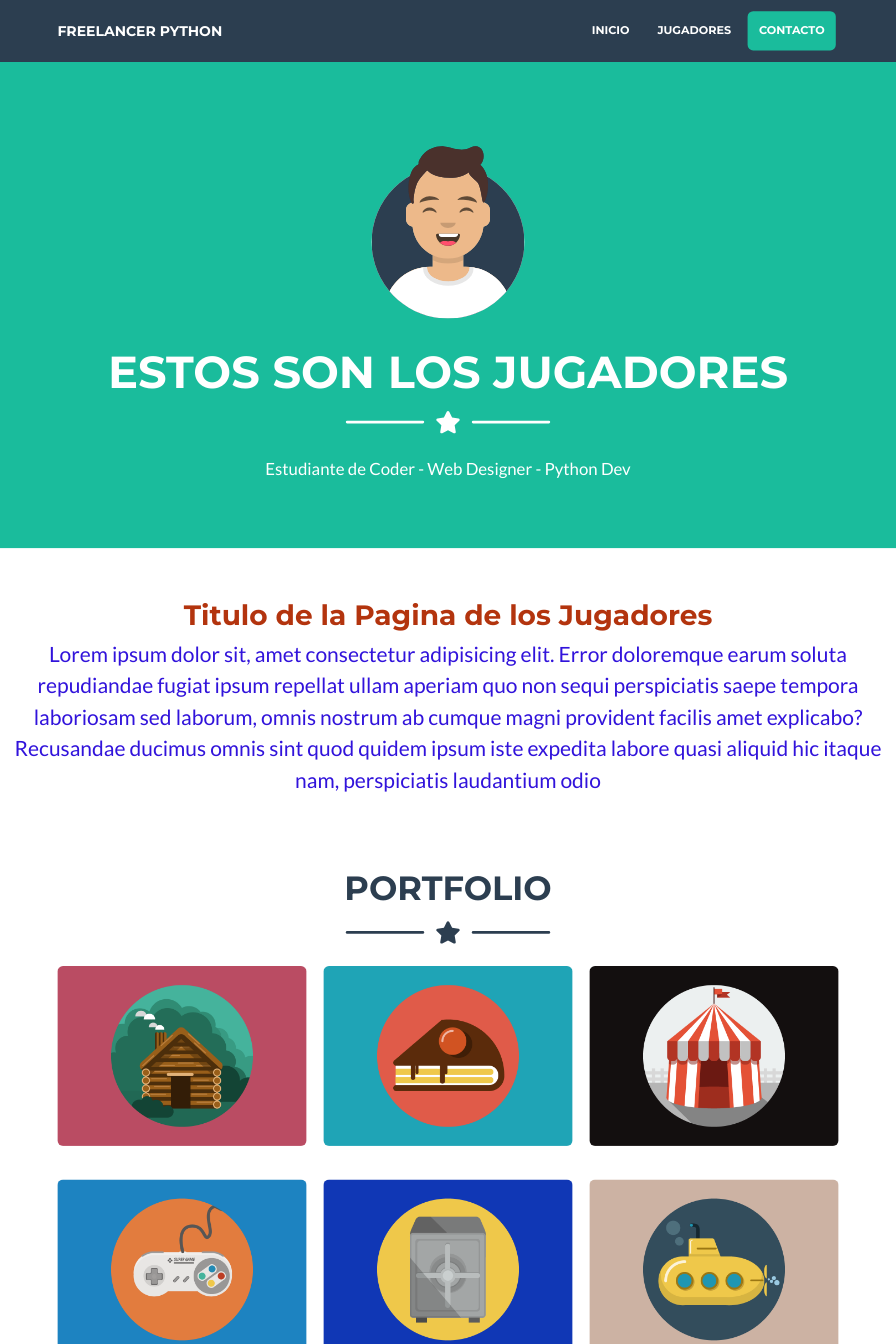
Repository: gadiazsaavedra/Familiares
Page: ProyectoFamiliar/AppFamiliar/templates/AppFamiliar/conyuge.html
These files come from the project's save history. The page is drawn as it stood at one moment and after the next save; the edit follows.
The browser window is 1280 px wide. The pictures show the part of the page from y = 0 to 1920 px (the page is 4291 px tall before and 4347 px after), at 70% of full size.
The template is drawn by Django 3.2. The application's start-up code is not run. The template is opened directly, without the code that normally fills it, so the values that code supplies are empty.

Above is the page before, as saved 2021-12-11 00:13:17.

After the next save:
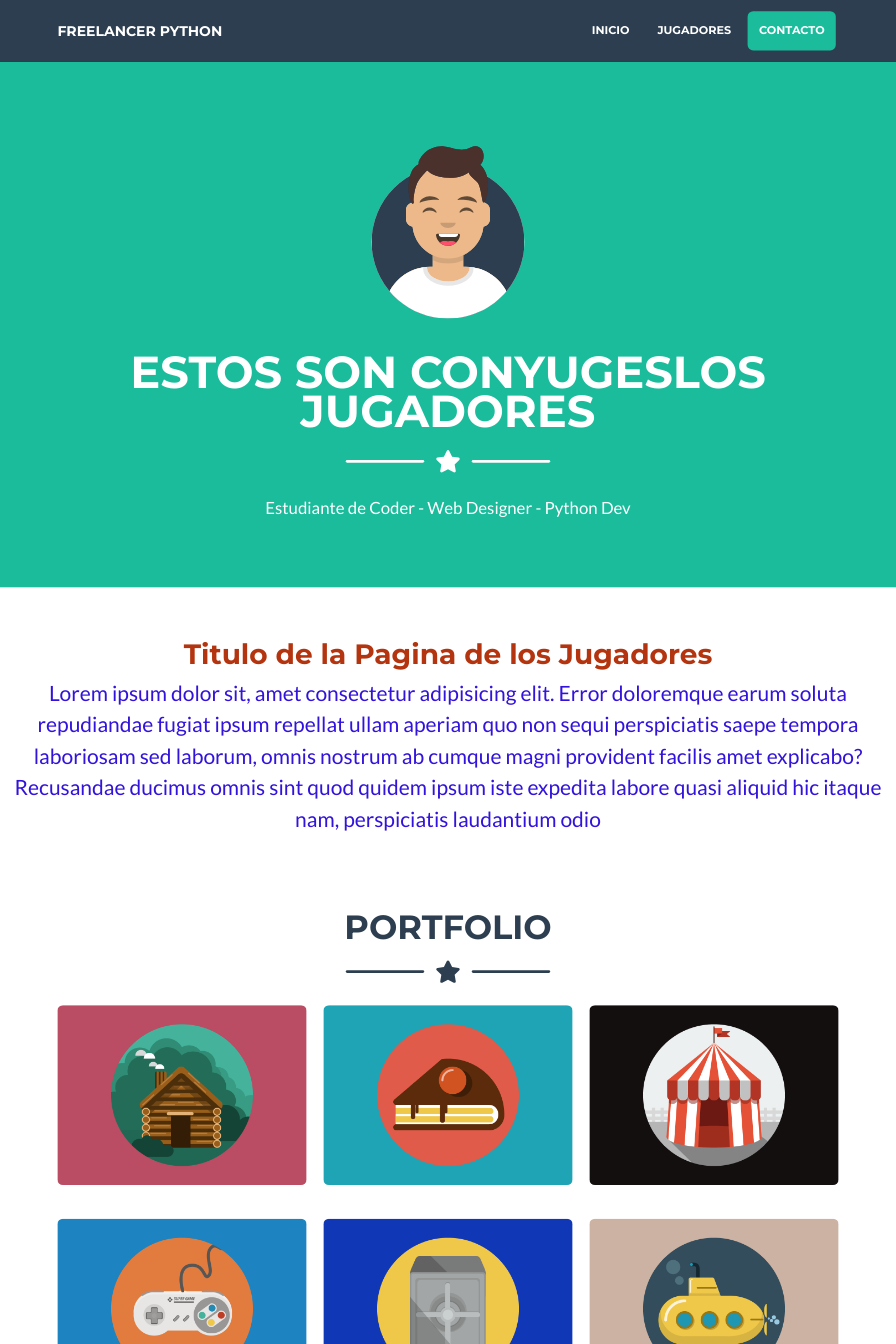
Saved 79 s later.
--- a/ProyectoFamiliar/ProyectoFamiliar/AppFamiliar/templates/AppFamiliar/conyuge.html
+++ b/ProyectoFamiliar/ProyectoFamiliar/AppFamiliar/templates/AppFamiliar/conyuge.html
@@ -4,7 +4,7 @@
 {% load static %}
 
         {% block contenido2 %}
-        <h1 class="masthead-heading text-uppercase mb-0">ESTOS SON LOS JUGADORES</h1>
+        <h1 class="masthead-heading text-uppercase mb-0">ESTOS SON ConyugesLOS JUGADORES</h1>
         {% endblock %}
 
 

After the save that followed:
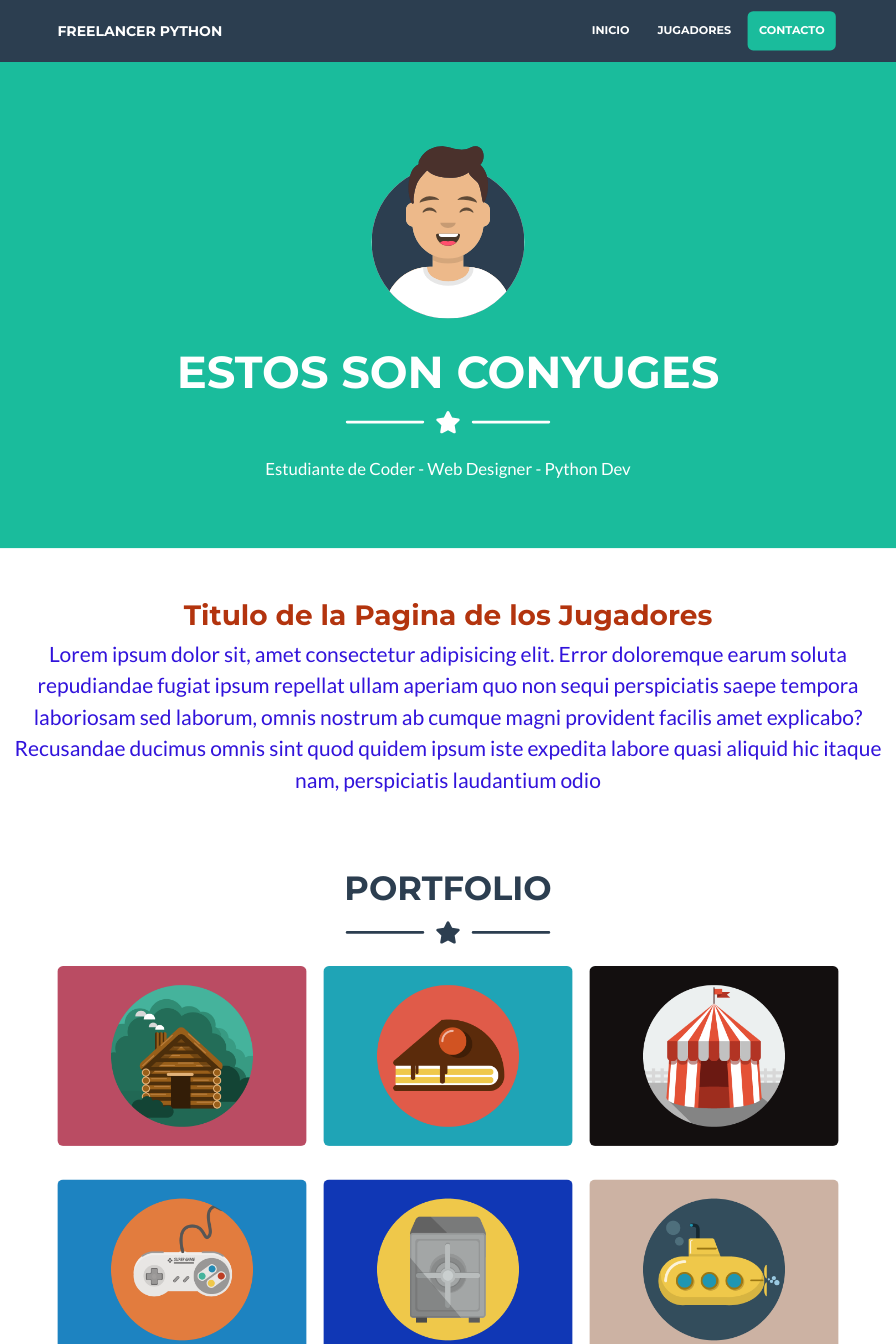
Saved 9 s later.
--- a/ProyectoFamiliar/ProyectoFamiliar/AppFamiliar/templates/AppFamiliar/conyuge.html
+++ b/ProyectoFamiliar/ProyectoFamiliar/AppFamiliar/templates/AppFamiliar/conyuge.html
@@ -4,7 +4,7 @@
 {% load static %}
 
         {% block contenido2 %}
-        <h1 class="masthead-heading text-uppercase mb-0">ESTOS SON ConyugesLOS JUGADORES</h1>
+        <h1 class="masthead-heading text-uppercase mb-0">ESTOS SON Conyuges</h1>
         {% endblock %}
 
 
